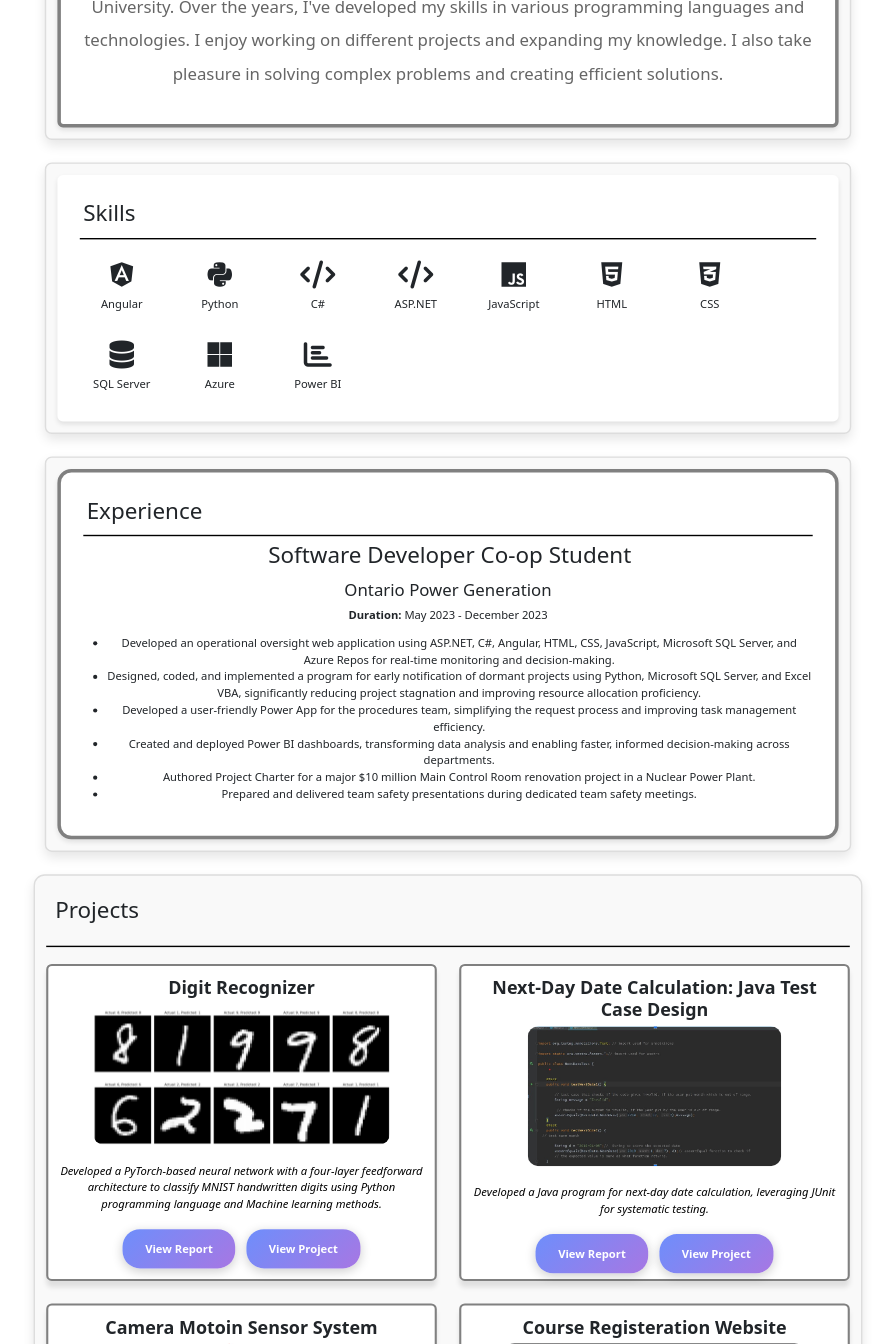
Repository: AkshatKapo/My-Portfolio
Page: /
The author's editor kept a copy of each file at every save. The page is drawn from the files as they stood at one save, then again after a run of saves.
The browser window is 1280 px wide. The pictures show the part of the page from y = 740 to 2660 px (the page is 3269 px tall before and 3279 px after), at 70% of full size.
The project was rebuilt for these pictures with package versions that can differ from the ones it lists, and the page was loaded fresh each time. Also part of the build but not shown: vite.config.js.

Above is the page before, as saved 2024-06-18 18:29:52.

After the next 3 saves:
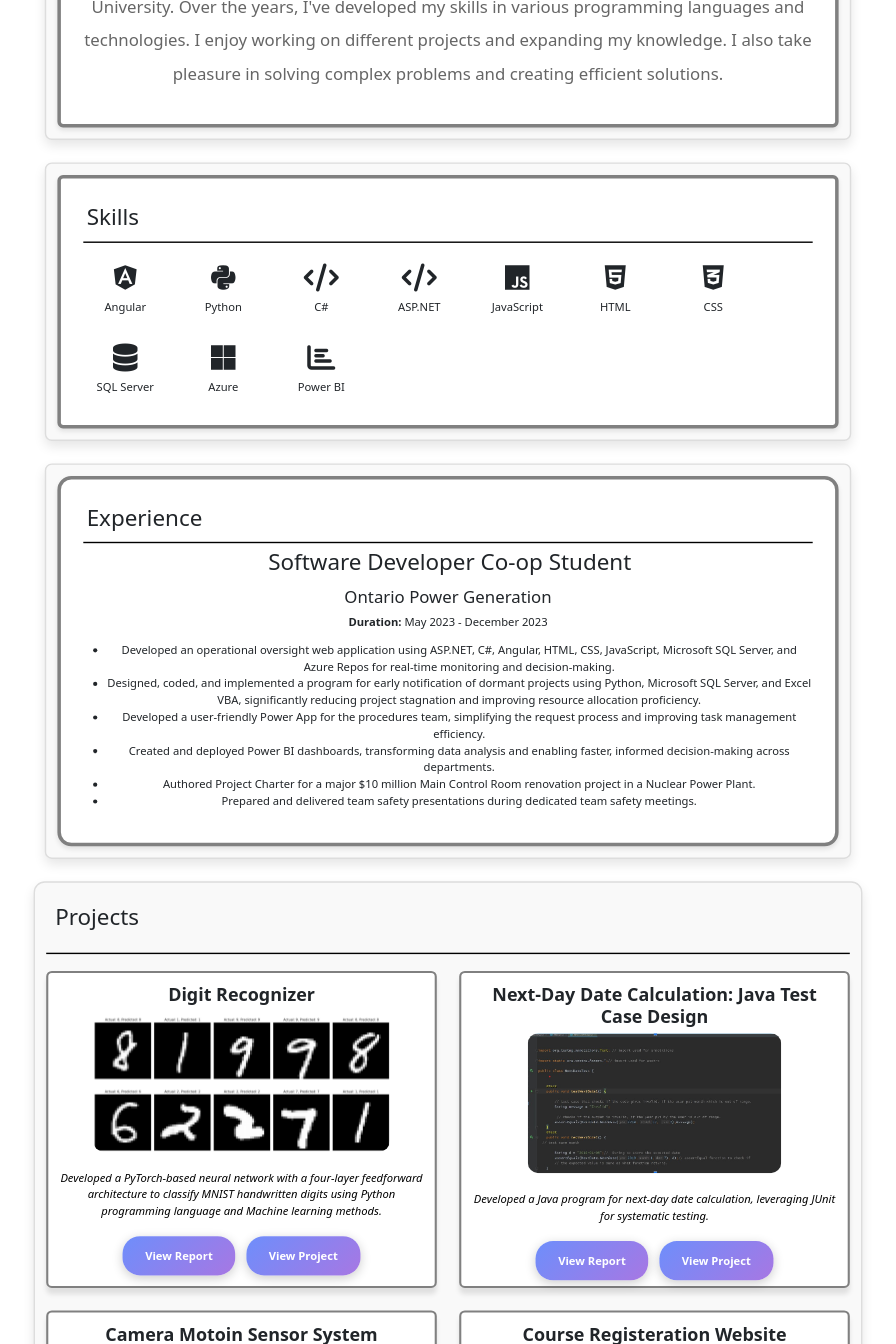
The 3 saves are shown as one change because they came seconds apart.
The last was saved 9 s later.
--- a/src/components/skill.css
+++ b/src/components/skill.css
@@ -17,7 +17,7 @@
   padding: 2rem; /* Padding around the content */
   box-shadow: 0 4px 8px rgba(0, 0, 0, 0.1); /* Shadow for styling */
   border-radius: 8px; /* Rounded corners */
-  border:
+  border: 5px solid grey
 }
 
 .skills-list {
